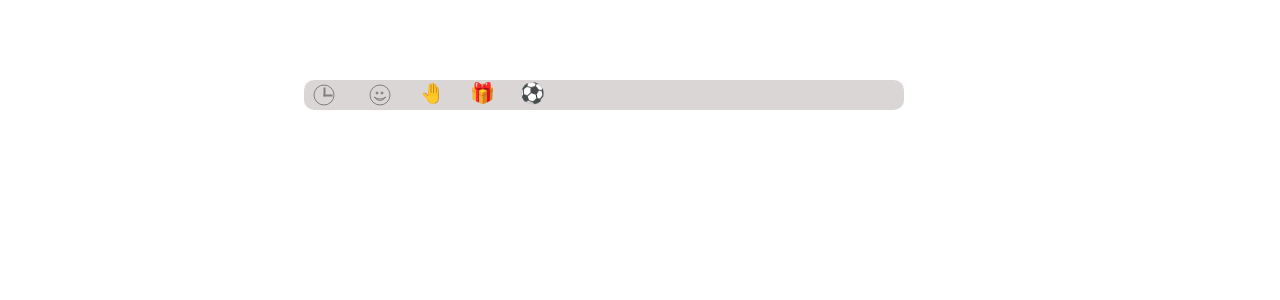
Repository: Gaj123-coder/emoji-search-app
Page: /
These files come from the project's save history. The page is drawn as it stood at one moment and after the next save; the edit follows.
The browser window is 1280 px wide. The pictures show the whole page.
The project was rebuilt for these pictures with package versions that can differ from the ones it lists, and the page was loaded fresh each time.

Above is the page before, as saved 2021-10-30 22:08:06.

### public/index.html
<!DOCTYPE html>
<html>
    <head>
        <title>Emoji Search</title>
        <meta charset="UTF-8">
        <meta name="author" content="Gajanan C Hegde">
        <meta name="description" content="A simple emoji search app using React JS">
        <meta name="view-port" content="width=device-width,initial-scale=1">
        <meta property="og:title" content="emoji">
        <meta property="og:description" content="An emoji searh app">
        <meta property="og:url" content="http://www.emojis..com">
        <meta property="og:image" content="https://seeklogo.com/images/S/smile-with-glasses-emoji-logo-0C5A7F9874-seeklogo.com.png">
        <meta property="twitter:title" content="Emoji Search">
        <meta property="twitter:image" content="https://seeklogo.com/images/S/smile-with-glasses-emoji-logo-0C5A7F9874-seeklogo.com.png">
        <meta property="twitter:description" content="A simple recat js emloji search app">
        <meta property="twitter:card" content="summary_large_page">
        <meta property="facebook:title" content="Emoji Search">
        <meta property="facebook:image" content="https://seeklogo.com/images/S/smile-with-glasses-emoji-logo-0C5A7F9874-seeklogo.com.png">
        <meta property="facebooks:description" content="A simple react app for emoji search">
        <meta proprty="facebook:url" content="https://www.emojis.com">
        <link rel="canonical" href="index.html"/>
    </head>
    <body>
        <div id="root"></div>
    </body>
</html>

### src/App.js
import './App.css';
import {sad1,worry1,angry1,happy1,smiley1,peace1,love1,joy1,laugh1,gift1,smile1,hands1,sports1,supper1,evil1,shy1,tasty1,confuse1,sleepy1} from "./Components/emotions";
function App() {
  return (
    <div className="dec">
      <div className="dec-child">
        <svg>
          <circle cx="20" cy="15" r="10px" stroke="grey" strokeWidth="1px" fill="rgb(218, 214, 214)"/>
          <rect x="20" y="8" width="1px" height="8px" stroke="grey" strokeWidth="1px" fill="rgb(218, 214, 214)"/>
          <rect x="20" y="15" width="8px" height="1px" stroke="grey" strokeWidth="1px" fill="rgb(218, 214, 214)"/>
        </svg>
      </div>
      <div className="dec-child">
        <svg>
          <circle cx="26" cy="15" r="10px" stroke="grey" strokeWidth="1px" fill="none"/>
          <path d="M20 17 Q26 21 32 17" stroke="grey" strokeWidth="1px" fill="none"/>
          <path d="M20 17 Q26 24 32 17" stroke="grey" strokeWidth="1px" fill="none"/>
          <circle cx="23" cy="13" r="1" stroke="grey" strokeWidth="1px" fill="grey"/>
          <circle cx="28" cy="13" r="1" stroke="grey" strokeWidth="1px" fill="grey"/>
        </svg>
      </div>
      <div className="dec-child">
        <p style={{fontSize:"20px"}}>&#129306;</p>
      </div>
      <div className="dec-child">
        <p style={{fontSize:"20px"}}>&#127873;</p>
      </div>
      <div className="dec-child">
        <p style={{fontSize:"20px"}}>&#9917;</p>
      </div>
    </div>
  );
}

export default App;

### src/App.css
.dec{
  background-color: rgb(218, 214, 214);
  width:600px;
  height:30px;
  position: relative;
  left:19rem;
  border-radius:10px;
  top:5rem;
  display:flex;
  flex-direction:row;
  flex-wrap:nowrap;
}

.dec-child>svg{
  width:inherit;
  height:inherit;
}

.dec-child{
  height:30px;
  width:50px;
}

.dec-child>p{
  position: relative;
  bottom:1.2rem;
  left:1rem;
}

### src/Components/emotions.js
const sad=["128524","128528",'128530',"128532","128542","128546","128549","128557"]
const worry=["128524","128529","128531","128532","128533","128543","128552","128553"]
const angry=["128520","128544","128545","128548","12855"]
const happy=["128512","128513","128514","128518","128522"]
const love=["128525","128535","128536","128537","128538"]
const joy=["128513","128517","128519","128521","128539","128540","128541"]
const laugh=["128513","128514","128518"]
const smile=["128512","128516"]
const gift=["127873","127891","127894","127874","127879","129395","127882","127876"]
const sports=["127939","127943","127947","","","","","","",""]
const hands=["128075","128588","129309","65039","128591","128077","129305","129304","128076","129306"]
const supper=["128526","128527"]
const peace=["128512","128515","128516","128519"]
const evil=["128520"]
const shy=["128522"]
const tasty=["128523"]
const confuse=["128534","128533","128550"]
const sleepy=["128554"]
const animals=["128053","128018","129421","128054","128021","128041","129418","129409","128047"]
const smiley=["128512","128513","128514","128515","128516","128517","128518","128519","128520","128521","128522","128523","128524","128525",
"128526","128527","128528","128529","128530","128531","128532","128533","128534","128535","128536","128537","128538","128539","128540"]

export const smiley1=smiley;
export const peace1=peace;
export const sad1=sad;
export const happy1=happy;
export const worry1=worry;
export const angry1=angry;
export const love1=love;
export const joy1=joy;
export const laugh1=laugh;
export const gift1=gift;
export const smile1=smile;
export const sports1=sports;
export const hands1=hands;
export const supper1=supper;
export const evil1=evil;
export const shy1=shy;
export const tasty1=tasty;
export const confuse1=confuse;
export const sleepy1=sleepy;

Loaded but not shown: src/index.js (common file); src/index.css (common file)

After the next save:
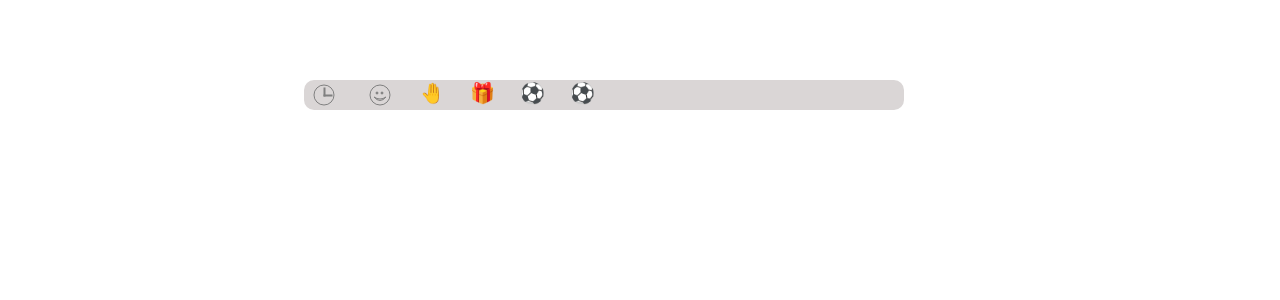
Saved 6 s later.
--- a/src/App.js
+++ b/src/App.js
@@ -28,6 +28,9 @@ function App() {
       <div className="dec-child">
         <p style={{fontSize:"20px"}}>&#9917;</p>
       </div>
+      <div className="dec-child">
+        <p style={{fontSize:"20px"}}>&#9917;</p>
+      </div>
     </div>
   );
 }
